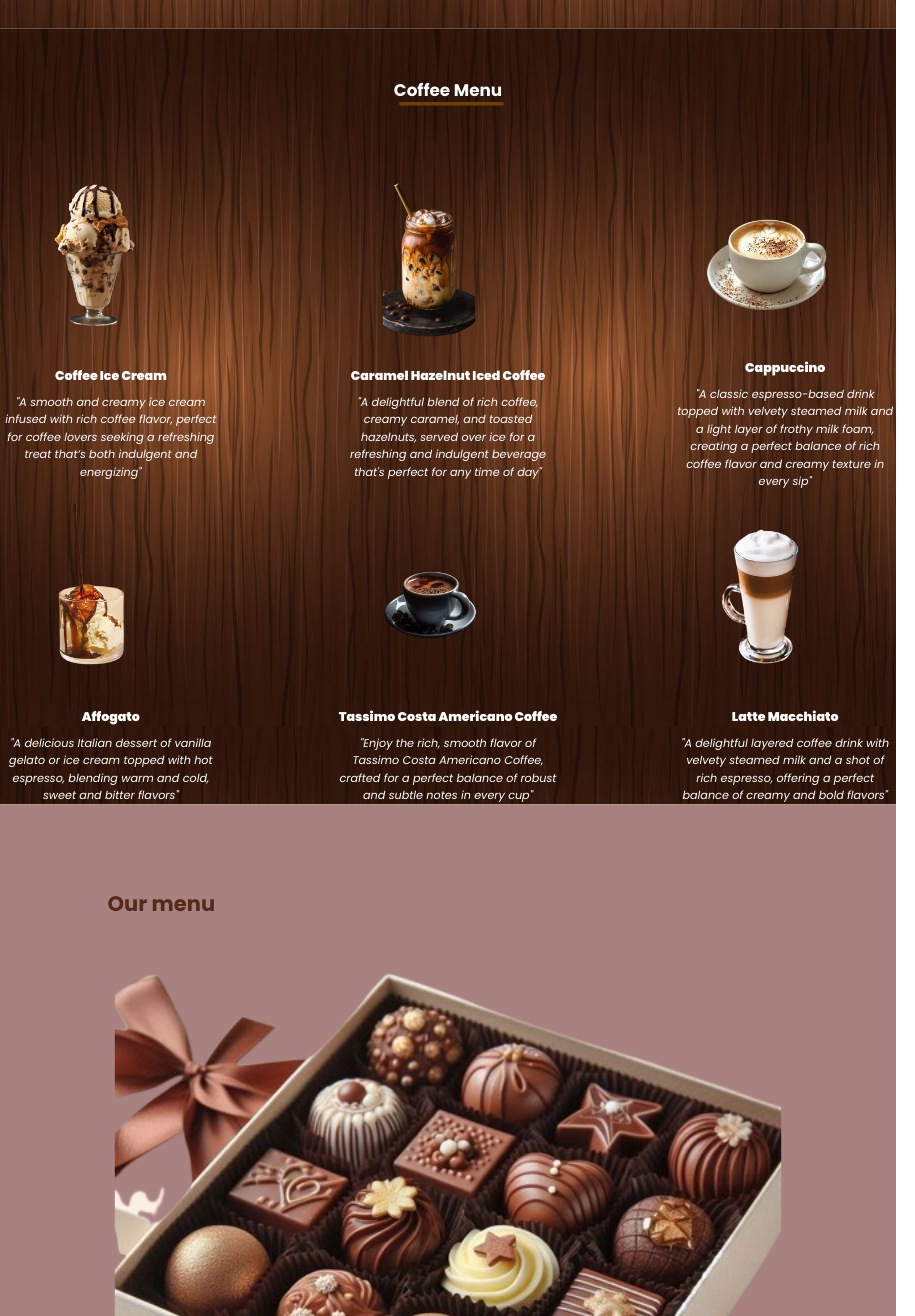
Repository: awa-creator/ProjetFinal
Page: index.html
These files come from the project's save history. The page is drawn as it stood at one moment and after the next save; the edit follows.
The browser window is 1280 px wide. The page is 1307 px wide, so the pictures cover 1307 px, including what lies to the right of the window. The pictures show the part of the page from y = 1927 to 3807 px (the page is 7496 px tall before and 7621 px after), at 70% of full size.
Some web fonts or font styles are not loaded; a fallback is used. Some web libraries are served in a nearby version.

Above is the page before, as saved 2024-10-06 16:34:14.

After the next save:
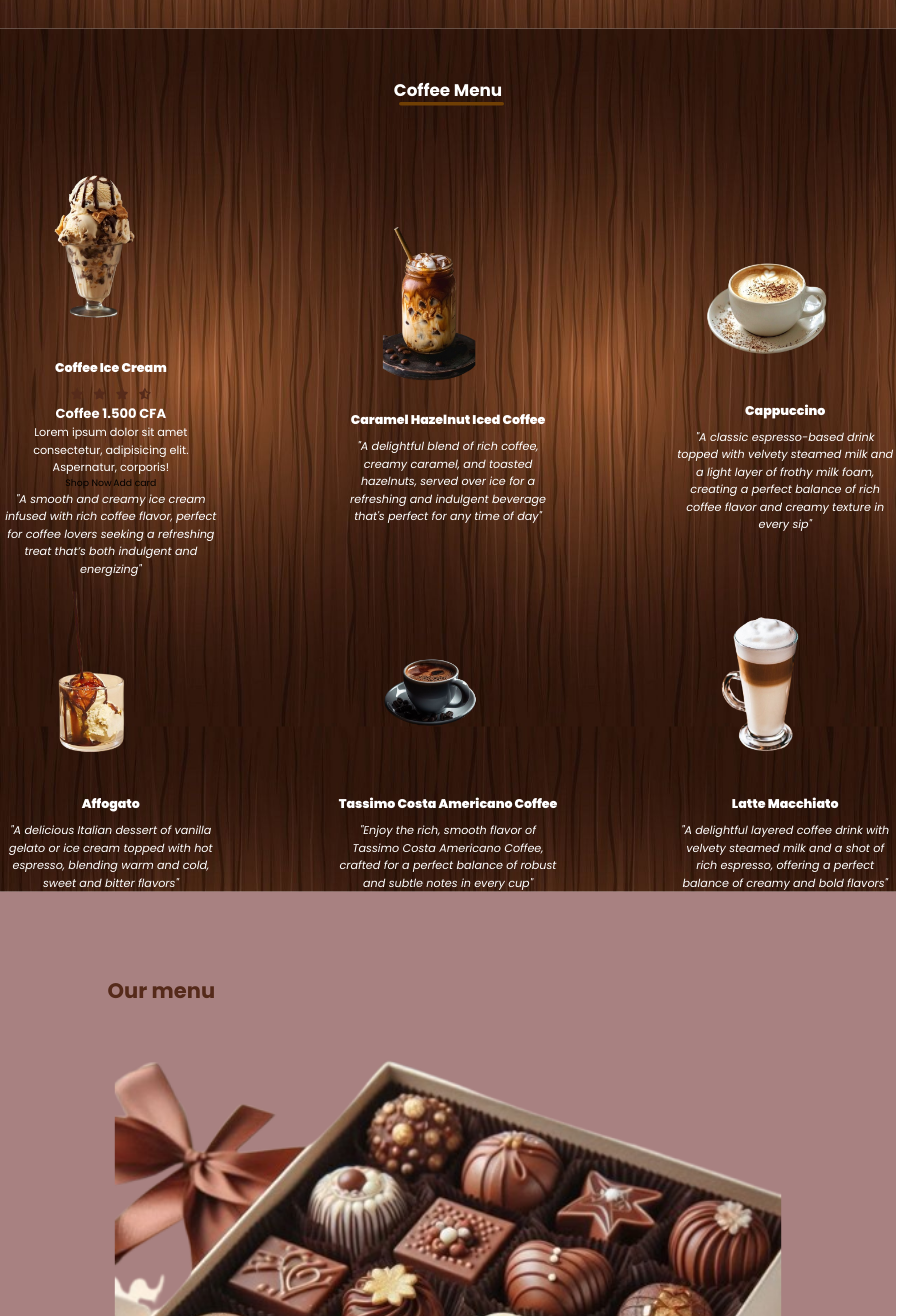
Saved 5 min 16 s later.
--- a/index.html
+++ b/index.html
@@ -124,6 +124,15 @@
         <li class="coffee_item">
             <img src="image/coffe1 ICE CREAM.jpg" alt="Ice Cream" class="coffee_img">
              <h2 class="name">Coffee Ice Cream</h2>
+             <div class="rating">
+                <i class="fa-solid fa-star"></i>
+                <i class="fa-solid fa-star"></i>
+                <i class="fa-solid fa-star"></i>
+                <i class="fa-solid fa-star-half-stroke"></i>
+            </div>
+            <h3>Coffee <span>1.500 CFA</span></h3>
+            <p>Lorem ipsum dolor sit amet consectetur, adipisicing elit. Aspernatur, corporis!</p>
+            <h6><button id="btn1">Shop Now</button> <button id="btn2">Add card</button></h6>
              <p class="text">"A smooth and creamy ice cream infused with rich coffee flavor, perfect for coffee lovers seeking a refreshing treat that’s both indulgent and energizing"</p>
         </li>
         <li class="coffee_item">

After the save that followed:
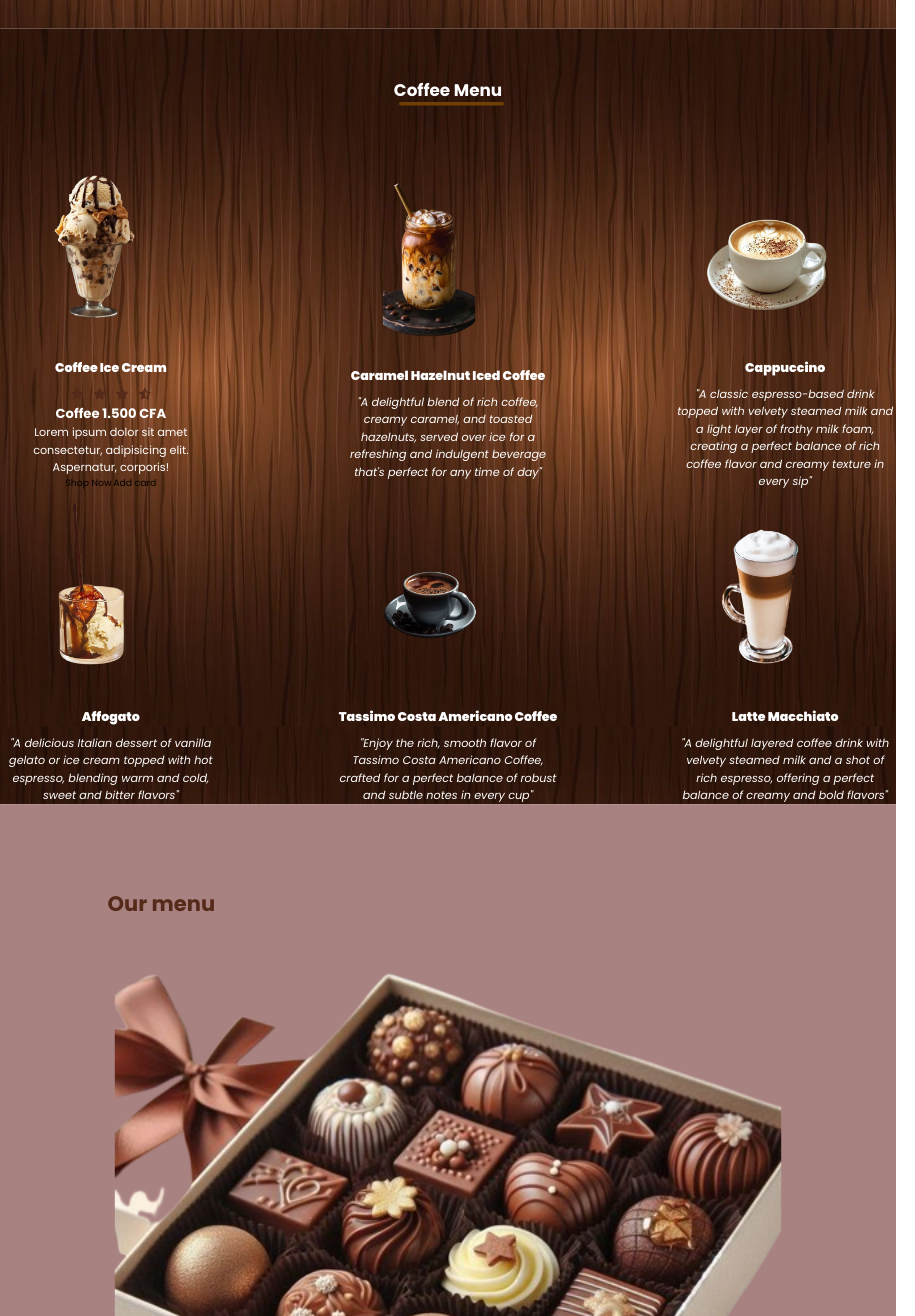
Saved 55 s later.
--- a/index.html
+++ b/index.html
@@ -133,7 +133,6 @@
             <h3>Coffee <span>1.500 CFA</span></h3>
             <p>Lorem ipsum dolor sit amet consectetur, adipisicing elit. Aspernatur, corporis!</p>
             <h6><button id="btn1">Shop Now</button> <button id="btn2">Add card</button></h6>
-             <p class="text">"A smooth and creamy ice cream infused with rich coffee flavor, perfect for coffee lovers seeking a refreshing treat that’s both indulgent and energizing"</p>
         </li>
         <li class="coffee_item">
             <img src="image/cof3.jpg" alt="Iced coffee" class="coffee_img">
